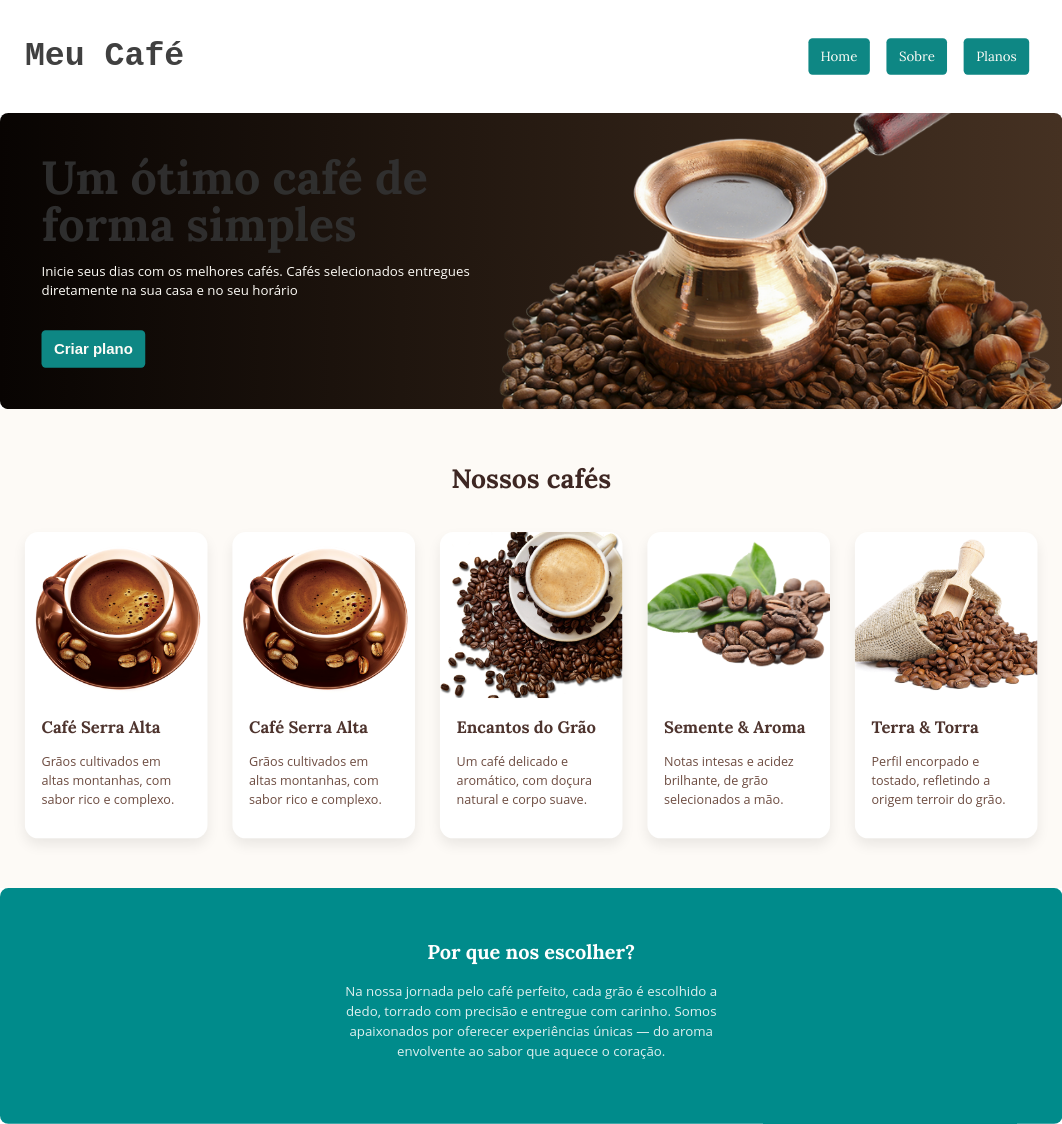
Repository: meiotera/meu_cafe.dev
Page: /
The author's editor kept a copy of each file at every save. The page is drawn from the files as they stood at one save, then again after the next save.
The browser window is 1280 px wide. The pictures show the whole page, at 83% of full size.
The project was rebuilt for these pictures with package versions that can differ from the ones it lists, and the page was loaded fresh each time. Also part of the build but not shown: vite.config.js, src/Pages/AboutUs.jsx, src/Pages/YourPlane.jsx.

Above is the page before, as saved 2025-04-03 14:35:35.

### src/index.css
@import url('https://fonts.googleapis.com/css2?family=Lora:wght@400;700&display=swap');

:root {
  font-family: 'Lora', sans-serif;
  line-height: 1.5;
  font-weight: 400;
  box-sizing: border-box; /* Mantido */

  color: rgba(255, 255, 255, 0.87);

  font-synthesis: none;
  text-rendering: optimizeLegibility;
  -webkit-font-smoothing: antialiased;
  -moz-osx-font-smoothing: grayscale;
}

a {
  font-weight: 500;
  color: #646cff;
  text-decoration: inherit;
}
a:hover {
  color: #535bf2;
}

h1,
h2,
h3 {
  font-family: 'Lora', sans-serif;
  color: rgba(50, 49, 49, 0.93);
  margin: 0; /* Removido o margin */
}

p {
  font-family: 'Open Sans', sans-serif;
}

body {
  max-width: 1280px;
  margin: 0 auto;
}

### src/App.jsx
import React from 'react';
import { BrowserRouter, Routes, Route } from 'react-router-dom';

import Home from './Pages/Home';
import AboutUs from './Pages/AboutUs';
import YourPlane from './Pages/YourPlane';

import Header from './components/Header/Header';
import Main from './components/Main/Main';

function App() {
  return (
    <>
      <BrowserRouter>
        <Header />

        <Main>
          <Routes>
            <Route path="/" element={<Home />} />
            <Route path="/sobre" element={<AboutUs />} />
            <Route path="planos" element={<YourPlane />} />
          </Routes>
        </Main>
      </BrowserRouter>
    </>
  );
}

export default App;

### src/Pages/Home.jsx
import React from 'react';
import Main from '../components/Main/Main';
import Banner from '../components/Banner/Banner';

import styles from './Home.module.css';
import Card from '../components/Card/Card';

const Home = () => {
  return (
    <>
      <Banner
        titulo={'Um ótimo café de forma simples'}
        imagem={'artesanal'}
        texto={
          'Inicie seus dias com os melhores cafés. Cafés selecionados entregues diretamente na sua casa e no seu horário'
        }
        botao={'Criar plano'}
      />

      <section className={styles.collection}>
        <div className={styles.titulo}>
          <h2>Nossos cafés</h2>
        </div>

        <div className={styles.collectionCards}>
          <Card
            titulo={'Café Serra Alta'}
            paragrafo={
              'Grãos cultivados em altas montanhas, com sabor rico e complexo.'
            }
            imagem={'serraalta'}
          />
          <div className={styles.cafeCard}>
            <div className={styles.imgContainer}>
              <img src="../../img/serraalta.png" alt="" srcset="" />
            </div>
            <div className={styles.texto}>
              <h3>Café Serra Alta</h3>
              <p>
                Grãos cultivados em altas montanhas, com sabor rico e complexo.
              </p>
            </div>
          </div>

          <div className={styles.cafeCard}>
            <div className={styles.imgContainer}>
              <img src="../../img/encantos.png" alt="" srcset="" />
            </div>
            <div className={styles.texto}>
              <h3>Encantos do Grão</h3>
              <p>
                Um café delicado e aromático, com doçura natural e corpo suave.
              </p>
            </div>
          </div>

          <div className={styles.cafeCard}>
            <div className={styles.imgContainer}>
              <img src="../../img/sementeearoma.png" alt="" srcset="" />
            </div>
            <div className={styles.texto}>
              <h3>Semente & Aroma</h3>
              <p>
                Notas intesas e acidez brilhante, de grão selecionados a mão.
              </p>
            </div>
          </div>

          <div className={styles.cafeCard}>
            <div className={styles.imgContainer}>
              <img src="../../img/terraetorra.png" alt="" srcset="" />
            </div>
            <div className={styles.texto}>
              <h3>Terra & Torra</h3>
              <p>
                Perfil encorpado e tostado, refletindo a origem terroir do grão.
              </p>
            </div>
          </div>
        </div>
      </section>

      <section className={styles.porque}>
        <div className={styles.descricao}>
          <h2>Por que nos escolher?</h2>

          <p>
            Na nossa jornada pelo café perfeito, cada grão é escolhido a dedo,
            torrado com precisão e entregue com carinho. Somos apaixonados por
            oferecer experiências únicas — do aroma envolvente ao sabor que
            aquece o coração.
          </p>
        </div>
      </section>
    </>
  );
};

export default Home;

### src/components/Header/Header.jsx
import React from 'react';

import styles from './Header.module.css';
import NavBar from '../NavBar/NavBar';
import Banner from '../Banner/Banner';

const Header = () => {
  return (
    <header className={styles.header}>
      <h1 className={styles.titulo}>Meu Café</h1>

      <NavBar />
    </header>
  );
};

export default Header;

### src/components/Main/Main.jsx
import React from 'react';

const Main = ({ children }) => {
  return <main>{children}</main>;
};

export default Main;

### src/components/Banner/Banner.jsx
import React from 'react';

import styles from './Banner.module.css';

const Banner = ({ titulo, texto, botao }) => {
  return (
    <div className={styles.banner}>
      <div className={styles.containerText}>
        <h2>{titulo}</h2>

        <p>{texto}</p>
        {botao && <button className={styles.button}>{botao}</button>}
      </div>
    </div>
  );
};

export default Banner;

### src/Pages/Home.module.css
.collection,
.porque {
  padding: 60px 30px;
  background-color: #fdfaf6;
}

.porque {
  background-color: darkcyan;
  border-radius: 10px;
}

.porque .descricao h2 {
  color: #fff;
}

.descricao {
  text-align: center;
  max-width: 450px;
  margin: 0 auto;
}

.titulo h2 {
  font-size: 2rem;
  text-align: center;
  margin-bottom: 40px;
  color: #3e2723;
}

.collectionCards {
  display: grid;
  grid-template-columns: repeat(auto-fit, minmax(200px, 1fr));
  gap: 30px;
  justify-items: center;
}

.cafeCard {
  background: #fff;
  border-radius: 16px;
  box-shadow: 0 8px 16px rgba(0, 0, 0, 0.08);
  overflow: hidden;
  max-width: 320px;
  transition: transform 0.3s ease, box-shadow 0.3s ease;
}

.cafeCard:hover {
  transform: translateY(-5px);
  box-shadow: 0 12px 24px rgba(0, 0, 0, 0.15);
}

.imgContainer {
  width: 100%;
  height: 200px;
}

.imgContainer img {
  width: 100%;
  height: 100%;
  object-fit: cover;
}

.texto {
  padding: 20px;
}

.texto h3 {
  font-size: 1.25rem;
  margin-bottom: 10px;
  color: #4e342e;
}

.texto p {
  font-size: 0.95rem;
  color: #6d4c41;
}

### src/components/Card/Card.jsx
import React from 'react';
import styles from './Card.module.css';

const Card = ({ titulo, paragrafo, imagem }) => {
  return (
    <div className={styles.cafeCard}>
      <div className={styles.imgContainer}>
        <img src={`../../img/${imagem}.png`} alt={`${imagem}`} srcset="" />
      </div>
      <div className={styles.texto}>
        <h3>{titulo}</h3>
        <p>{paragrafo}</p>
      </div>
    </div>
  );
};

export default Card;

### src/components/Header/Header.module.css
.header {
  height: max-content;
  color: rgba(50, 49, 49, 0.93);

  padding: 30px;
  display: flex;
  flex-wrap: wrap;
  justify-content: center;
  align-items: center;
}

.titulo {
  font-size: 2.5em;
  font-family: 'Courier New', Courier, monospace;
  font-weight: bold;
}

@media screen and (min-width: 548px) {
  .header {
    justify-content: space-between;
  }
}

### src/components/NavBar/NavBar.jsx
import React from 'react';
import { NavLink } from 'react-router-dom';

import styles from './NavBar.module.css';

const NavBar = () => {
  return (
    <nav className={styles.navbar}>
      <ul>
        <li>
          <NavLink to={'/'}>Home</NavLink>
        </li>
        <li>
          <NavLink to={'/sobre'}>Sobre</NavLink>
        </li>
        <li>
          <NavLink to={'/planos'}> Planos</NavLink>
        </li>
      </ul>
    </nav>
  );
};
export default NavBar;

### src/components/Banner/Banner.module.css
.banner {
  background-image: url('../../../public/img/artesanal.png'),
    linear-gradient(to left, #453122, #080402);

  background-repeat: no-repeat;
  background-position: right;
  display: flex;

  justify-content: space-between;
  align-items: center;
  padding: 30px 50px;
  border-radius: 10px;
}

.containerText {
  color: #fefcf7;
  max-width: 50%;
  padding: 20px 0;
}

.containerText h2 {
  font-size: 3.5em;
  line-height: 1;
}

.button {
  border: none;
  background-color: #0e8784;
  border-radius: 5px;
  padding: 12px 15px;
  color: #fefcf7;
  font-weight: bold;
  font-size: 18px;
  cursor: pointer;
  margin-top: 20px;
  transition: ease-in-out 0.2s;
}

.button:hover {
  background-color: #189b99;
}

@media screen and (max-width: 820px) {
  .containerText {
    max-width: 500px;
  }
}

### src/components/Card/Card.module.css
.cafeCard {
  background: #fff;
  border-radius: 16px;
  box-shadow: 0 8px 16px rgba(0, 0, 0, 0.08);
  overflow: hidden;
  max-width: 320px;
  transition: transform 0.3s ease, box-shadow 0.3s ease;
}

.cafeCard:hover {
  transform: translateY(-5px);
  box-shadow: 0 12px 24px rgba(0, 0, 0, 0.15);
}

.imgContainer {
  width: 100%;
  height: 200px;
}

.imgContainer img {
  width: 100%;
  height: 100%;
  object-fit: cover;
}

.texto {
  padding: 20px;
}

.texto h3 {
  font-size: 1.25rem;
  margin-bottom: 10px;
  color: #4e342e;
}

.texto p {
  font-size: 0.95rem;
  color: #6d4c41;
}

### src/components/NavBar/NavBar.module.css
.navbar ul {
  display: flex;
  padding: 0;
  justify-content: space-between;
}

.navbar li {
  list-style: none;
  margin: 10px;
}

.navbar a {
  padding: 12px 15px;
  background-color: #0e8784;
  border-radius: 5px;
  color: #fefcf7;
}

.navbar a:hover {
  background-color: #189b99;
}

Loaded but not shown: index.html (common file); src/main.jsx (common file)

After the next save:
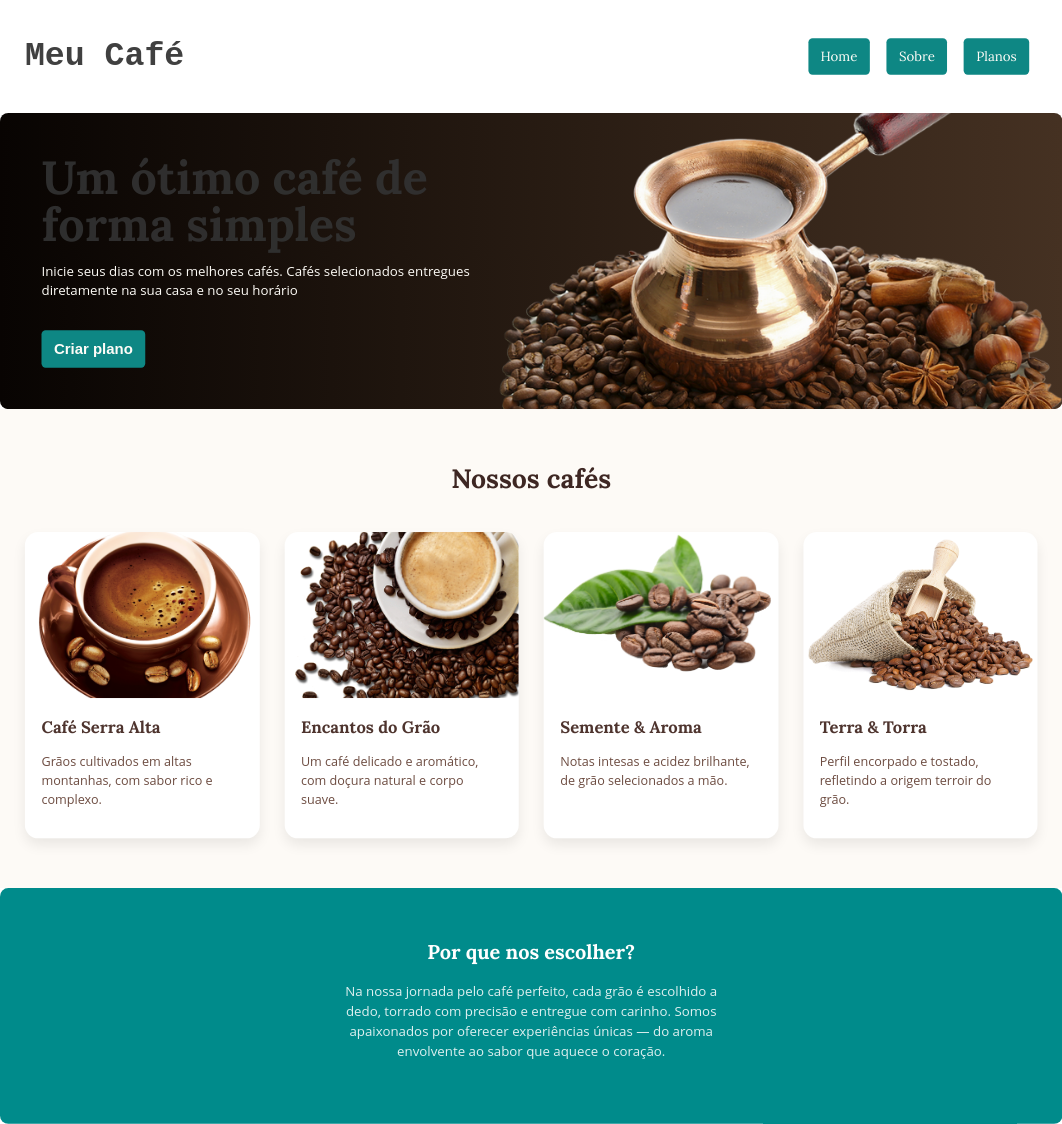
Saved 15 s later.
--- a/src/Pages/Home.jsx
+++ b/src/Pages/Home.jsx
@@ -30,17 +30,6 @@ const Home = () => {
             }
             imagem={'serraalta'}
           />
-          <div className={styles.cafeCard}>
-            <div className={styles.imgContainer}>
-              <img src="../../img/serraalta.png" alt="" srcset="" />
-            </div>
-            <div className={styles.texto}>
-              <h3>Café Serra Alta</h3>
-              <p>
-                Grãos cultivados em altas montanhas, com sabor rico e complexo.
-              </p>
-            </div>
-          </div>
 
           <div className={styles.cafeCard}>
             <div className={styles.imgContainer}>
